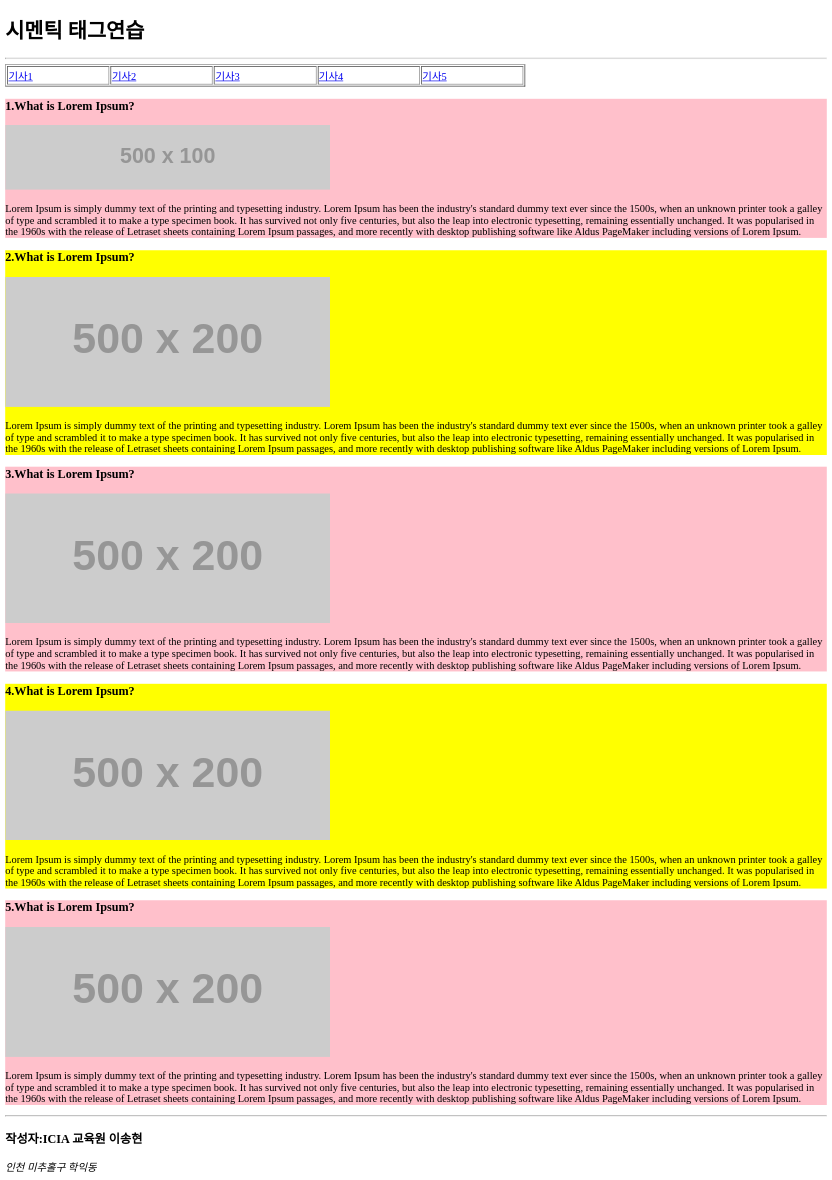
Repository: kmg8138/html
Page: 2020.04.06/ex0406/WebContent/ex06.html
These files come from the project's save history. The page is drawn as it stood at one moment and after the next save; the edit follows.
The browser window is 1280 px wide. The pictures show the whole page, at 65% of full size.

Above is the page before, as saved 2020-04-06 07:17:07.

### 2020.04.06/ex0406/WebContent/ex06.html
<!DOCTYPE html>
<html>
<head>
	<meta charset="UTF-8">
	<style>
		article{background: yellow;}
		#a1, #a3, #a5{background: pink;}
	</style>
	<title>시멘틱태그 연습</title>
</head>
<body>
	<header>
		<h1>시멘틱 태그연습</h1>
		<hr/>
	</header>

	<nav>
		<table width=800 border=1>
			<tr>
				<td><a href="#a1">기사1</a></td>
				<td><a href="#a2">기사2</a></td>
				<td><a href="#a3">기사3</a></td>
				<td><a href="#a4">기사4</a></td>
				<td><a href="#a5">기사5</a></td>
			</tr>
		</table>
	</nav>

	<section>
		<article id="a1">
			<h3>1.What is Lorem Ipsum?</h3>
			<img src="http://placehold.it/500x100"/>
			<p>
			Lorem Ipsum is simply dummy text of the printing and typesetting industry.
			Lorem Ipsum has been the industry's standard dummy text ever since the 1500s,
			when an unknown printer took a galley of type and scrambled it to make a type specimen book.
			It has survived not only five centuries, but also the leap into electronic typesetting, remaining essentially unchanged.
			It was popularised in the 1960s with the release of Letraset sheets containing Lorem Ipsum passages,
			and more recently with desktop publishing software like Aldus PageMaker including versions of Lorem Ipsum.
			</p>
		</article>
		<article id="a2">
			<h3>2.What is Lorem Ipsum?</h3>
			<img src="http://placehold.it/500x200"/>
			<p>
			Lorem Ipsum is simply dummy text of the printing and typesetting industry.
			Lorem Ipsum has been the industry's standard dummy text ever since the 1500s,
			when an unknown printer took a galley of type and scrambled it to make a type specimen book.
			It has survived not only five centuries, but also the leap into electronic typesetting, remaining essentially unchanged.
			It was popularised in the 1960s with the release of Letraset sheets containing Lorem Ipsum passages,
			and more recently with desktop publishing software like Aldus PageMaker including versions of Lorem Ipsum.
			</p>
		</article>
		<article id="a3">
			<h3>3.What is Lorem Ipsum?</h3>
			<img src="http://placehold.it/500x200"/>
			<p>
			Lorem Ipsum is simply dummy text of the printing and typesetting industry.
			Lorem Ipsum has been the industry's standard dummy text ever since the 1500s,
			when an unknown printer took a galley of type and scrambled it to make a type specimen book.
			It has survived not only five centuries, but also the leap into electronic typesetting, remaining essentially unchanged.
			It was popularised in the 1960s with the release of Letraset sheets containing Lorem Ipsum passages,
			and more recently with desktop publishing software like Aldus PageMaker including versions of Lorem Ipsum.
			</p>
		</article>
		<article id="a4">
			<h3>4.What is Lorem Ipsum?</h3>
			<img src="http://placehold.it/500x200"/>
			<p>
			Lorem Ipsum is simply dummy text of the printing and typesetting industry.
			Lorem Ipsum has been the industry's standard dummy text ever since the 1500s,
			when an unknown printer took a galley of type and scrambled it to make a type specimen book.
			It has survived not only five centuries, but also the leap into electronic typesetting, remaining essentially unchanged.
			It was popularised in the 1960s with the release of Letraset sheets containing Lorem Ipsum passages,
			and more recently with desktop publishing software like Aldus PageMaker including versions of Lorem Ipsum.
			</p>
		</article>
		<article id="a5">
			<h3>5.What is Lorem Ipsum?</h3>
			<img src="http://placehold.it/500x200"/>
			<p>
			Lorem Ipsum is simply dummy text of the printing and typesetting industry.
			Lorem Ipsum has been the industry's standard dummy text ever since the 1500s,
			when an unknown printer took a galley of type and scrambled it to make a type specimen book.
			It has survived not only five centuries, but also the leap into electronic typesetting, remaining essentially unchanged.
			It was popularised in the 1960s with the release of Letraset sheets containing Lorem Ipsum passages,
			and more recently with desktop publishing software like Aldus PageMaker including versions of Lorem Ipsum.
			</p>
		</article>
	</section>

	<footer>
		<hr/>
		<h3>작성자:ICIA 교육원 이송현</h3>
		<address>인천 미추홀구 학익동</address>
	</footer>
</body>
</html>

After the next save:
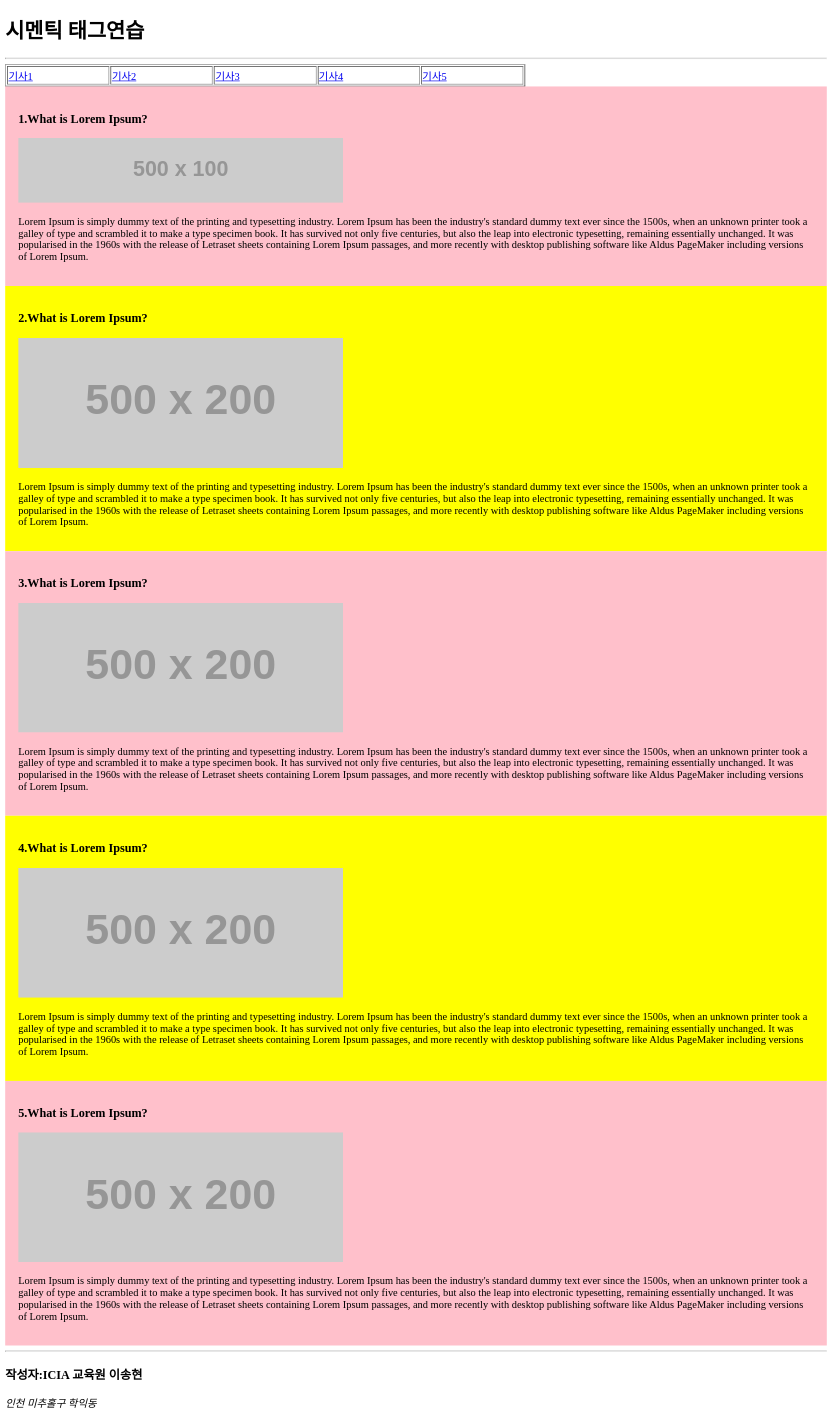
Saved 51 s later.
--- a/2020.04.06/ex0406/WebContent/ex06.html
+++ b/2020.04.06/ex0406/WebContent/ex06.html
@@ -3,7 +3,7 @@
 <head>
 	<meta charset="UTF-8">
 	<style>
-		article{background: yellow;}
+		article{background: yellow; padding:20px;}
 		#a1, #a3, #a5{background: pink;}
 	</style>
 	<title>시멘틱태그 연습</title>
